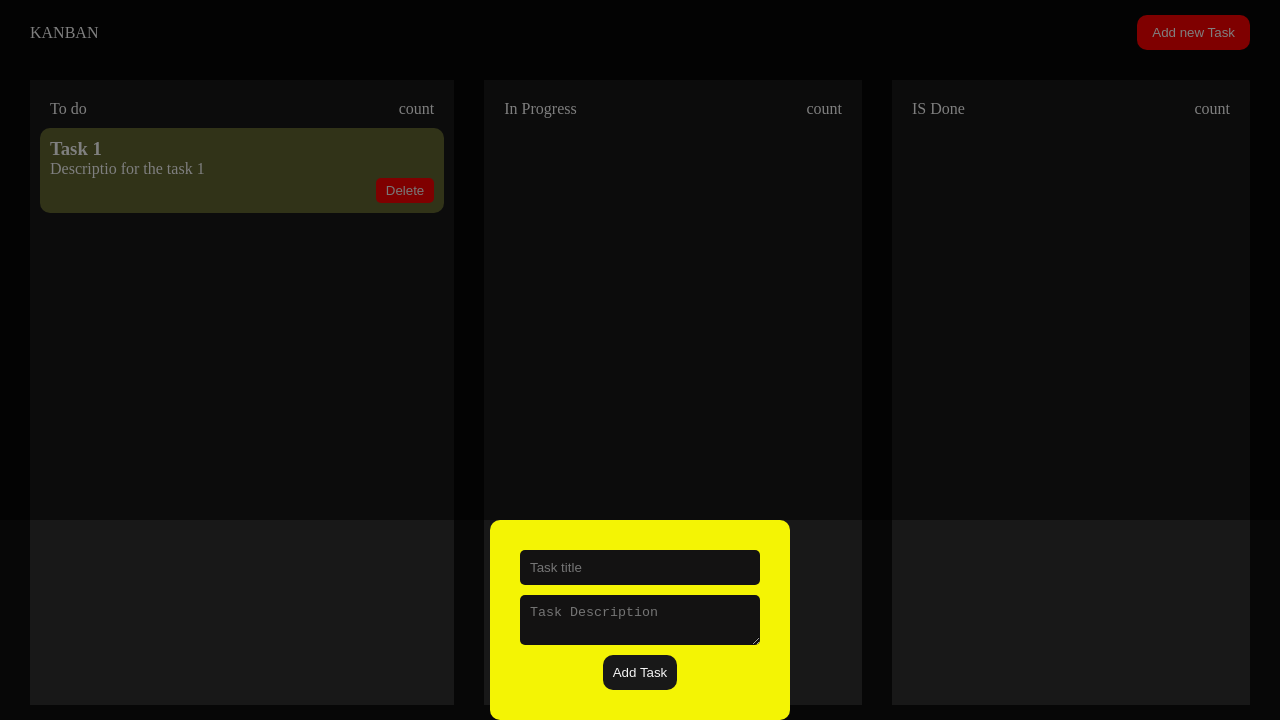
Repository: Sandeepji-5/Kanban-board
Page: index.html
An editor plug-in stored every save of this project. The page is shown before and after the next save, followed by the edit.
The browser window is 1280 px wide. The pictures show the whole page.

Above is the page before, as saved 2025-12-09 16:42:43.

### index.html
<!DOCTYPE html>
<html lang="en">
<head>
    <meta charset="UTF-8">
    <meta name="viewport" content="width=device-width, initial-scale=1.0">
    <title>Document</title>
    <link rel="stylesheet" href="style.css">
</head>
<body>
    <main>
        <nav>
            <div class="left">KANBAN</div>
            <div class="right"><button id="toggle-modal">Add new Task</button></div>
        </nav>
        <section class="board">
            <div   id="todo" class="task-column">
                <div class="heading">
                    <div class="left">To do </div>
                      <div class="right">count</div>
                </div>
                <div draggable="true" class="task">
                    <h3>Task 1</h3>
                    <p>Descriptio for the task 1 </p>
                    <button>Delete</button>
                </div>
            </div>
            <div id="progress" class="task-column">
                <div class="heading">
                    <div class="left">In Progress</div>
                    <div class="right">count</div>
                </div>

            </div>
            <div  id="done"   class="task-column">
                <div class="heading">
                    <div class="left">IS Done </div>
                    <div class="right"> count</div>
                </div>

            </div>
        </section>


    </main>

    <div class="modal add-new-task">
        <div class="bg"></div>
                     <div class="center">
                        <input type="text" placeholder="Task title"/>
                        <textarea placeholder="Task Description"></textarea>
                        <button id="add-new-task" class="add-task-btn"> Add Task</button>
                     </div>



    <script src="kanban.js"></script>
</body>
</html>

### style.css
* {
    margin: 0;
    padding: 0;

    box-sizing: border-box;
}

html,
body {
    width: 100%;
    height: 100%;

}

:root {
    --bg-color: #0000000;
    --bg-button-color: rgb(24, 24, 24);
    --primary-text-color: #f4f4f4;
    --bg-task-color:rgb(19, 18, 18);
    --bg-delete-color:red;



    /* padding 1 rem 2 rem */
    --nav-padding: 15px 30px;
    --section-padding: 15px 30px;
    --padding-s: 5px;
    --padding-m: 10px;
    --padding-l: 15px;
    --padding-xl: 20px;
    --padding-xxl: 30px;


    /* border radius variable  */



    --border-radius-s:5px;
    --border-radius-m:10px;
    --border-radius-l:15px;
    --border-radius-xl:20px;
    --border-radius-xxl:30px;


}

body {
    background-color: rgb(7, 7, 7);
    color: white;
}
main{
    display: flex;
    height: 100%;
    width: 100%;
    flex-direction: column;


}

nav{
    padding: var(--nav-padding);
    display: flex;
    align-items: center;
    justify-content: space-between;

}
nav button{
    background-color: red;
    color: white;
    border: none;
    outline: none;
    padding: var(  --padding-m) var(  --padding-l);
    cursor: pointer;
    border-radius:var(--border-radius-m) ;

}


section{
    padding:var(--section-padding);
    /* height: 100%; */
    display: flex;
    flex-grow: 1;
    justify-content: space-between;

    gap: var(--padding-xxl);

}
section .task-column{
    padding: var(--padding-m);
    background-color: var(--bg-button-color);
    flex-grow: 1  ;
    padding: var(--padding-m)  ;
    display: flex;
    flex-direction: column;
    transition: all 0.7s cubic-bezier(0.19, 1, 0.22, 1);




}
section .task-column.hover-over {
     border: 2px dashed rgb(247, 246, 246);
    transform: scale(1.05);
}
section .task-column .heading{
    display: flex;
    justify-content: space-between ;
    padding: var(--padding-m);
}


section .task-column  .task{

    display: flex;
    flex-direction: column;
    padding: var(--padding-m);
    border-radius: var(--border-radius-m);
    /* background-color: var(--bg-task-color); */
     background-color:rgba(205, 216, 87, 0.409);


}

section .task-column .task button{
    align-self: flex-end;
    cursor: pointer;
    padding: var(--padding-s) var(--padding-m);
    border-radius: var(--border-radius-s);
    border: none;
    outline: none;
    background-color: var(--bg-delete-color);
    color: var(--primary-text-color)  ;
}

.modal{

    position: fixed;
    top: 0;
    left: 0;
    height: 100vh;
    width: 100vw;
    display: flex;
    align-items: center;
    justify-content: center;
    flex-direction: column;


}
.modal .active{
    display: flex;
}

.modal .bg{


    top: 0;
    left: 0;
    height: 100%;
    width: 100%;
    background-color: rgba(0, 0, 0, 0.5);
}

.modal .center{
    background-color: rgb(244, 244, 4);
    padding: var(--padding-xxl);
    border-radius: var(--border-radius-m);
    display: flex;
    flex-direction: column;
    gap: var(--padding-m);
    height: 200px;
    width: 300px;

}

.modal .center input,.modal .center textarea, .modal .center select {
    background-color: var(--bg-task-color);
    padding: var(--padding-m);
    border-radius: var(--border-radius-s);
    border: none;
    outline: none;
    color: var(--primary-text-color);

}

.modal .center button{
     align-self: center;
    margin-top: auto;
    padding: var(--padding-m);
    border-radius: var(--border-radius-m);
    border: none;
    outline: none;
    background-color: var(--bg-button-color);
    color: var(--primary-text-color);
    cursor: pointer;

}

### kanban.js
const todo = document.querySelector('#todo');
const progress = document.querySelector('#progress')
const done = document.querySelector('#done');
const tasks = document.querySelectorAll('.task');
let draggedElement = null;

tasks.forEach(task => {
    task.addEventListener("drag", () => {

        draggedElement = task;
    })
})

// progress.addEventListener('dragenter',(e)=>{
//     progress.classList.add('hover-over');
// })


// progress.addEventListener('dragleave', (e)=>{
//     progress.classList.remove('hover-over');
// })


function addDragEventsOnColumn(column)
{
    column.addEventListener('dragenter', (e) => {
        e.preventDefault();
        column.classList.add('hover-over');
    });

    column.addEventListener('dragleave', (e) => {
        e.preventDefault();
        column.classList.remove('hover-over');
    })

    column.addEventListener("dragover", (e) => {
        e.preventDefault();
    })

    column.addEventListener('drop', (e) => {

        column.appendChild(draggedElement)
        console.log("draggedElement", draggedElement, column);
        column.classList.remove('hover-over')
         e.preventDefault();
    })

}

addDragEventsOnColumn(todo);
addDragEventsOnColumn(progress)
addDragEventsOnColumn(done)





// Modal related Logic
const toggleModalButton = document.querySelector('#toggle-modal');
const modal = document.querySelector('.modal')
const modalBg = document.querySelector('.modal .bg');
const addTaskbtn = document.querySelector('.add-task-btn')



toggleModalButton.addEventListener('click', () => {
    console.log("clicked");
    // modal.style.display = 'flex';

});

// modalBg.addEventListener('click',()=>{
//     modal.style.display = 'none';
// }   )

After the next save:
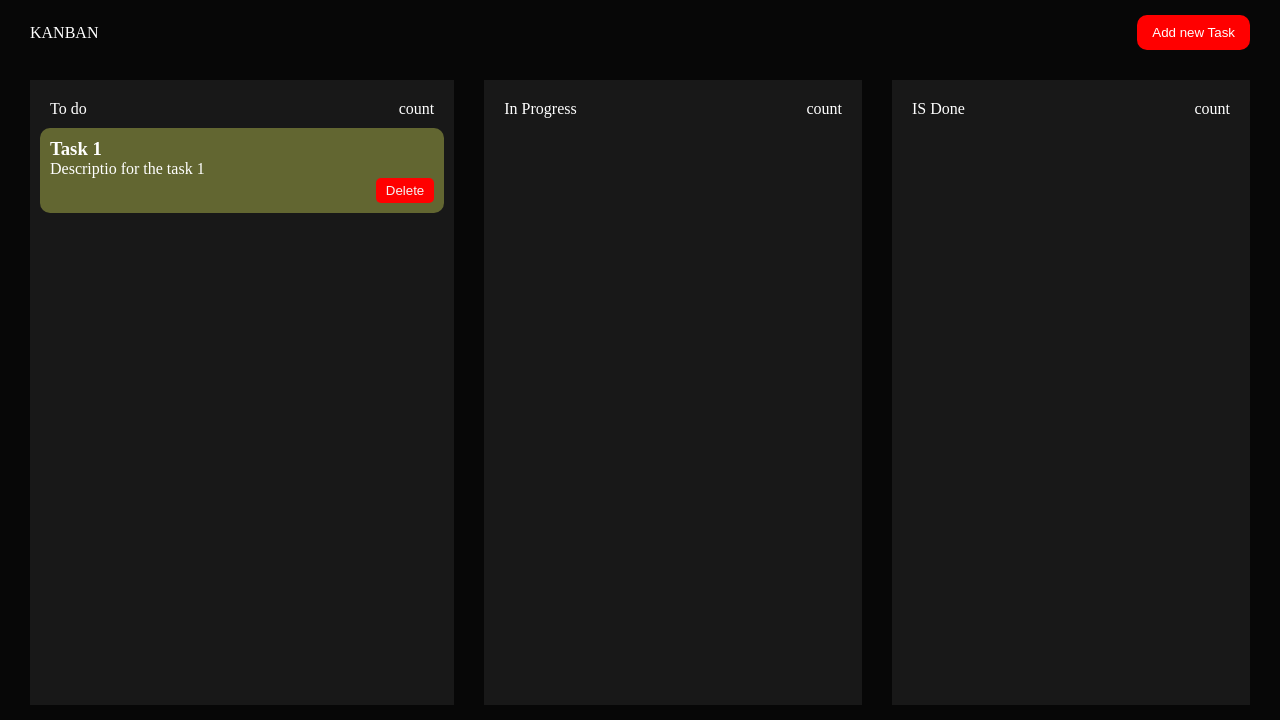
Saved 13 s later.
--- a/style.css
+++ b/style.css
@@ -136,7 +136,7 @@ section .task-column .task button{
 .modal{
 
     position: fixed;
-    top: 0;
+    top: 100vh;
     left: 0;
     height: 100vh;
     width: 100vw;
